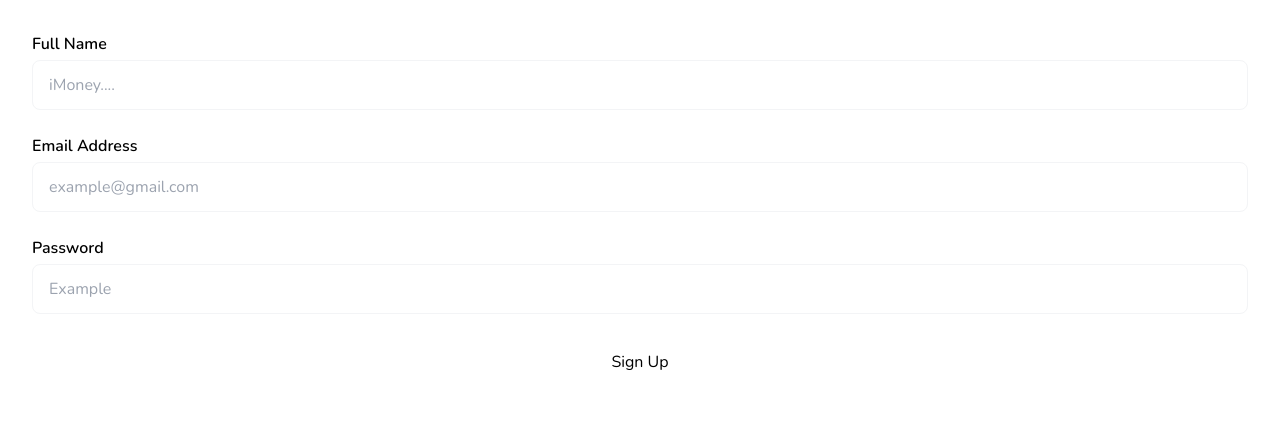
Repository: maixuanhieu/iMoney-VueJS
Page: /register
An editor plug-in stored every save of this project. The page is shown before and after a run of saves, followed by the edit.
The browser window is 1280 px wide. The pictures show the whole page.
The project was rebuilt for these pictures with package versions that can differ from the ones it lists, and the page was loaded fresh each time.

Above is the page before, as saved 2021-11-18 11:56:53.

### public/index.html
<!DOCTYPE html>
<html lang="">
  <head>
    <meta charset="utf-8">
    <meta http-equiv="X-UA-Compatible" content="IE=edge">
    <meta name="viewport" content="width=device-width,initial-scale=1.0">
    <link rel="icon" href="<%= BASE_URL %>favicon.ico">
    <title><%= htmlWebpackPlugin.options.title %></title>
    <link rel="preconnect" href="https://fonts.googleapis.com">
<link rel="preconnect" href="https://fonts.gstatic.com" crossorigin>
<link href="https://fonts.googleapis.com/css2?family=Nunito:ital,wght@0,200;0,300;0,400;0,600;0,700;0,800;0,900;1,200;1,300;1,400;1,600;1,700;1,800;1,900&family=Source+Sans+Pro&display=swap" rel="stylesheet">
  </head>
  <body>
    <noscript>
      <strong>We're sorry but <%= htmlWebpackPlugin.options.title %> doesn't work properly without JavaScript enabled. Please enable it to continue.</strong>
    </noscript>
    <div id="app"></div>
    <!-- built files will be auto injected -->
  </body>
</html>

### src/main.js
import { createApp } from "vue";
import App from "./App.vue";
import router from "./router";

import './assets/styles/tailwind.css';
import './assets/styles/global.css';

import { registerGlobalComponents } from "./utils/import";

const app = createApp(App);

registerGlobalComponents(app);

app.use(router);

app.mount("#app");

### src/App.vue
<template>
  <component :is="layout">
    <router-view />
  </component>
</template>

<script>
import { computed } from "vue";
import { useRoute } from "vue-router";

import { PUBLIC_LAYOUT } from "@/constants/"
export default {
  setup() {
    const route = useRoute();
    console.log(route);
    return {
      layout: computed(() => (route.meta.layout || PUBLIC_LAYOUT) + '-layout')
    };
  },
};
</script>

### src/router/index.js
import { createRouter, createWebHistory } from "vue-router";


const routes = [
  {
    path: "/",
    name: "Home",
    component: () => import(/* webpackChunkName: "home" */ "../views/index.vue"),
  },
  {
    path: "/register",
    name: "Register",
    meta: {
      layout: "auth",
    },
    component: () =>
      import(/* webpackChunkName: "register" */ "../views/register.vue"),
  },
];

const router = createRouter({
  history: createWebHistory(process.env.BASE_URL),
  routes,
});

export default router;

### src/assets/styles/global.css
body{
  font-family: 'Nunito', sans-serif;
  font-size: 16px;
}





@font-face {
  font-family: "t2ico";
  src: url("../fonts/t2ico.eot?84r94p");
  src: url("../fonts/t2ico.eot?84r94p#iefix") format("embedded-opentype"),
    url("../fonts/t2ico.ttf?84r94p") format("truetype"),
    url("../fonts/t2ico.woff?84r94p") format("woff"),
    url("../fonts/t2ico.svg?84r94p#t2ico") format("svg");
  font-weight: normal;
  font-style: normal;
  font-display: block;
}

i {
  /* use !important to prevent issues with browser extensions that change fonts */
  font-family: "t2ico" !important;
  speak: never;
  font-style: normal;
  font-weight: normal;
  font-variant: normal;
  text-transform: none;
  line-height: 1;

  /* Better Font Rendering =========== */
  -webkit-font-smoothing: antialiased;
  -moz-osx-font-smoothing: grayscale;
}

.t2ico-users:before {
  content: "\e915";
  color: #363853;
}
.t2ico-arrow-right:before {
  content: "\e916";
  color: #363853;
}
.t2ico-calendar:before {
  content: "\e917";
  color: #363853;
}
.t2ico-camera:before {
  content: "\e918";
  color: #363853;
}
.t2ico-category:before {
  content: "\e919";
  color: #363853;
}
.t2ico-chart:before {
  content: "\e91a";
  color: #363853;
}
.t2ico-document:before {
  content: "\e91b";
  color: #363853;
}
.t2ico-filter:before {
  content: "\e91c";
  color: #363853;
}
.t2ico-info-square:before {
  content: "\e91d";
  color: #363853;
}
.t2ico-location:before {
  content: "\e91e";
  color: #363853;
}
.t2ico-logout:before {
  content: "\e91f";
  color: #363853;
}
.t2ico-notification:before {
  content: "\e920";
  color: #363853;
}
.t2ico-plus:before {
  content: "\e921";
  color: #363853;
}
.t2ico-presentation:before {
  content: "\e922";
  color: #363853;
}
.t2ico-profile:before {
  content: "\e923";
  color: #363853;
}
.t2ico-setting:before {
  content: "\e924";
  color: #363853;
}
.t2ico-lock:before {
  content: "\e925";
  color: #363853;
}
.t2ico-ticket-star:before {
  content: "\e926";
  color: #363853;
}
.t2ico-trending-down:before {
  content: "\e927";
  color: #363853;
}
.t2ico-trending-up:before {
  content: "\e928";
  color: #363853;
}
.t2ico-wallet:before {
  content: "\e929";
  color: #363853;
}

### src/utils/import.js
import { defineAsyncComponent } from "vue";

export function registerGlobalComponents(app) {
  app.component(
    "auth-layout",
    defineAsyncComponent(() => import("@/layouts/auth"))
  );

  app.component(
    "default-layout",
    defineAsyncComponent(() => import("@/layouts/default"))
  );
}

### src/constants/index.js
export const PUBLIC_LAYOUT = 'default';

### src/views/register.vue
<template>
 <div class="mt-8">
   <div class="container mx-auto px-8">
     <form class="flex flex-col justify-start space-y-6" @submit="onSubmit">
       <div class="row">
         <label class="flex flex-col" for="fullName">
           <span class="font-semibold">Full Name</span>
           <input
           id="fullName"
           class="px-4 py-3 rounded-lg border border-gray-100 mt-1"
           type="text"
           placeholder="iMoney...." />
         </label>
       </div>

        <div class="row">
         <label class="flex flex-col" for="email">
           <span class="font-semibold">Email Address</span>
           <input
           id="email"
           class="px-4 py-3 rounded-lg border border-gray-100 mt-1"
           type="email"
           placeholder="example@gmail.com" />
         </label>
       </div>

        <div class="row">
         <label class="flex flex-col" for="password">
           <span class="font-semibold">Password</span>
           <input
           id="password"
           class="px-4 py-3 rounded-lg border border-gray-100 mt-1"
           type="password"
           placeholder="Example" />
         </label>
       </div>

       <div class="row">
         <button type="submit" class="py-3 text-center w-full">
            Sign Up
         </button>
       </div>
     </form>
   </div>
 </div>
</template>


<script>
export default {
  setup(){
    function onSubmit(){}
    return { onSubmit }
  },
}
</script>

### src/layouts/default.vue
<template>
    <h1>Default Layout</h1>

    <slot />
</template>

### tailwind.config.js
module.exports = {
  purge: [],
  darkMode: false, // or 'media' or 'class'
  theme: {
    extend: {
      colors: {
        dark: '#363853',
        primary: '#0012FF',
        green: '#67D4C4',
        red: '#F28080',
      },
    },
  },
  variants: {
    extend: {},
  },
  plugins: [],
}

Loaded but not shown: src/assets/styles/tailwind.css (common file); src/layouts/auth.vue (common file)

After the next 3 saves:
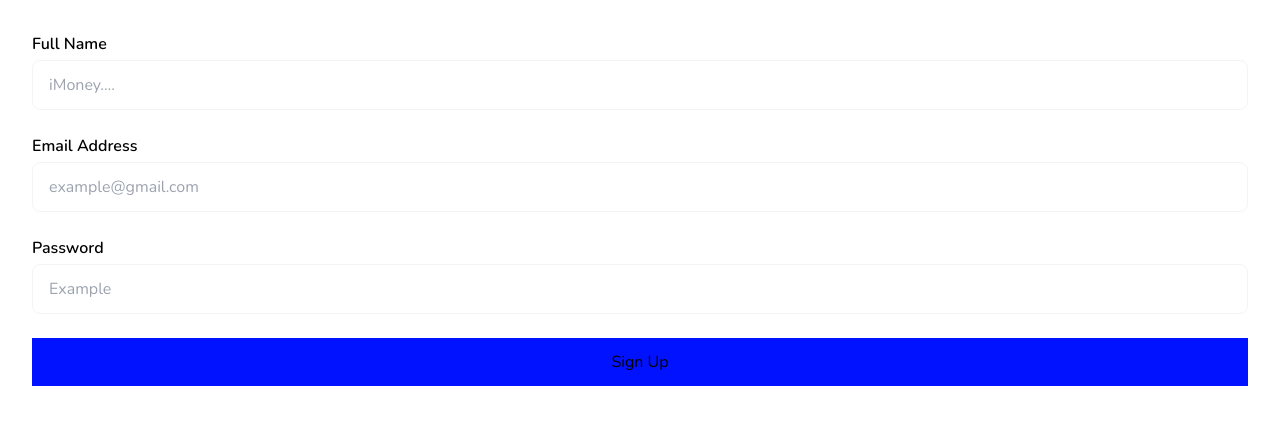
The 3 saves are shown as one change because they came seconds apart.
The last was saved 39 s later.
--- a/src/views/register.vue
+++ b/src/views/register.vue
@@ -36,7 +36,7 @@
        </div>
 
        <div class="row">
-         <button type="submit" class="py-3 text-center w-full">
+         <button type="submit" class="py-3 text-center w-full bg-primary">
             Sign Up
          </button>
        </div>
